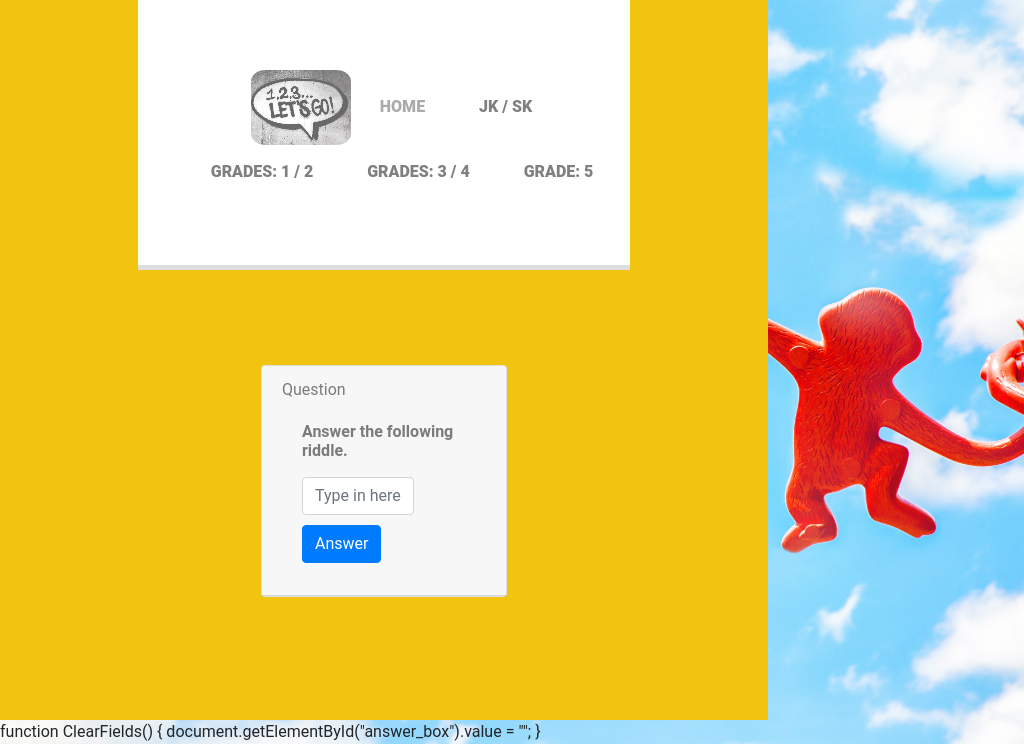
Repository: hanihassan1/Riddle-Game
Page: http://localhost/jk_sk
The author's editor kept a record of every edit. The page is drawn from the files as they stood at one moment, then again after the next edit.
The browser window is 1024 px wide. The pictures show the whole page.
Some web fonts or font styles are not loaded; a fallback is used. The page is served by the project's application, run on Flask 3 (run.py).

Above is the page before.

### templates/jk_sk.html
{% extends 'base.html' %}
{% block head %}
<script src="{{ url_for('static', filename='main.js')  }}"></script>

{% endblock %}
{% block content %}

<!--/*--------------------------------------------header/nav*/-->
<section id="nav_catog">
  <div class="container-fluid">
    <div class="row no-gutters">
      <div class="col-sm-1"></div>

      <div class="col-sm-10">
    <nav class="shift">
    <ul>
      <img id="logoOne" src="/static/images/logo.jpg ">
      <a href="{{url_for('index') }}" class="logo">
        <li><a href="https://9756ebca0b6a461ca3515f5d51d978ee.vfs.cloud9.us-east-1.amazonaws.com">Home</a></li>
        <li><a id="jk_sk" class="" onclick="req_question(this.id)">JK / SK </a></li>
        <li><a id="1-2" class="" onclick="req_question(this.id)">Grades: 1 / 2</a></li>
        <li><a id="3-4" class="" onclick="req_question(this.id)">Grades: 3 / 4</a></li>
        <li><a id="5" class="" onclick="req_question(this.id)">Grade: 5</a></li>
        <li><a id="leadershipId" class="hide" onclick="leadership(this.id)">Grade: 5</a></li>
    </ul>
  </nav>
  </div>

  <div class="col-sm-1"></div>
   </div>
  </div>

  <h2>{{user}}</h2>

<!--/*--------------------------------------------Question Card*/-->
  <div class="container-fluid">
    <div class="row card_row no-gutters">
      <div class="col-sm-4"></div>
      <div class="col-sm-4">
      <div class="card">
        <div class="card-header">
          Question

          <div class="card-body">
            <h6 class="card-title"><b>Answer the following riddle.</b></h6>
            <p class="riddleQ" id="riddle_place"></p>
            <input name="answer" type="text" class="form-control"  placeholder="Type in here." id="answer_box" required data-validation-required-message="Answer">
            <a href="#" class="btn btn-primary" id="answerId" onclick="getData();">Answer</a>
          </div>
        </div>
      </div>
      </div>
      <div class="col-sm-4"></div>
    </div>
  </div>


</section>

<!--/*--------------------------------------------Score modal*/-->
  <div class="modal fade" id="myModal" role="dialog">
    <div class="modal-dialog modal-sm">


      <div class="modal-content">
        <div class="modal-header">
          <button type="button" class="close" data-dismiss="modal">&times;</button>
          <h4 class="modal-title">Score Card</h4>
        </div>
        <div class="modal-body">
          <p id="wrong_answer"></p>
        </div>
        <div class="modal-footer">
          <button type="button" class="btn btn-default" id="u-scoreId" data-dismiss="modal" onclick="location.href = 'https://9756ebca0b6a461ca3515f5d51d978ee.vfs.cloud9.us-east-1.amazonaws.com/leadership';">Close</button>
        </div>
      </div>

    </div>
  </div>



        <div id="incorrect" class="hide">
                        <p id="result-icon" class="m-0">
                            <i class="fas fa-exclamation"></i>
                        </p>
                        <p id="guess-again">Try again!</p>

                    </div>

<!--/*--------------------------------------------script for api*/-->
<script type="text/javascript">
  function req_question(user_category) {
    $('ul').on('click', 'a', function() {
    $('#' + user_category).removeClass('active');
    $(this).addClass('active');
});

    var xhttp = new XMLHttpRequest();
    xhttp.open("GET", "{{url_for('get_question') }}" + "?category=" + user_category, true);
    xhttp.send();
    xhttp.onreadystatechange = function() {
      if (this.readyState == 4 && this.status == 200) {
        document.getElementById('riddle_place').innerHTML = this.response;
      }
    };



  }
var score = 0
  function getData() {
    var question = $("#riddle_place").text();
    var answers = $("#answer_box").val();
    var category = $(".active").attr("id");
    var que_ans = new XMLHttpRequest();

    que_ans.onreadystatechange = function() {
      if (que_ans.readyState === 4 && que_ans.status === 200) {
        if ((this.responseText).replace("\n", "") == "true") {
          score += 1;
          req_question(category);
        }
        else {
        $("#wrong_answer").text("Incorrect Answer, Your Score is : " + score);
        $("#myModal").modal();
        send_score();
      }
      }
    };

    que_ans.open("GET", "{{url_for('que_ans') }}" + "?question=" + question + "&answer=" + answers + "&category=" + category, true);
    que_ans.send();
  }

  function send_score(){
    var name = "{{user}}"
    var name_score = new XMLHttpRequest();

    name_score.onreadystatechange = function() {
      if (name_score.readyState === 4 && name_score.status === 200) {
        if ((this.responseText).replace("\n", "") == "true") {
          score += 1;
          send_score(score);
        }

  }
};




 name_score.open("GET", "{{url_for('user_score') }}" + "?name=" + name + "&score=" + score, true);
 name_score.send();
}


function fireit(){
var theone=Math.floor(Math.random()*6)

if (theone<=document.fire.bullets.value-1)
alert("Bang. You\'re dead!")
else{
document.fire.message.value="Whew. Got lucky!"
setTimeout("document.fire.message.value='Play Roulette'",500)
}
}


</script>
<!--/*--------------------------------------------end of content*/-->

function ClearFields() {

     document.getElementById("answer_box").value = "";

}

{% endblock %}

### templates/base.html
<!DOCTYPE html>
<html lang="en">

<head>
    <meta charset="UTF-8">
    <meta name="viewport" content="width=device-width, initial-scale=1.0">
    <meta http-equiv="X-UA-Compatible" content="ie=edge">
    <meta name="description" content="">
    <meta name="author" content="">

    <title>{{title}}</title>
    <link rel="stylesheet" href="https://stackpath.bootstrapcdn.com/bootstrap/4.3.1/css/bootstrap.min.css" integrity="sha384-ggOyR0iXCbMQv3Xipma34MD+dH/1fQ784/j6cY/iJTQUOhcWr7x9JvoRxT2MZw1T" crossorigin="anonymous">
    <script src="https://code.jquery.com/jquery-3.3.1.slim.min.js" integrity="sha384-q8i/X+965DzO0rT7abK41JStQIAqVgRVzpbzo5smXKp4YfRvH+8abtTE1Pi6jizo" crossorigin="anonymous"></script>
    <script src="https://cdnjs.cloudflare.com/ajax/libs/popper.js/1.14.7/umd/popper.min.js" integrity="sha384-UO2eT0CpHqdSJQ6hJty5KVphtPhzWj9WO1clHTMGa3JDZwrnQq4sF86dIHNDz0W1" crossorigin="anonymous"></script>
    <script src="https://stackpath.bootstrapcdn.com/bootstrap/4.3.1/js/bootstrap.min.js" integrity="sha384-JjSmVgyd0p3pXB1rRibZUAYoIIy6OrQ6VrjIEaFf/nJGzIxFDsf4x0xIM+B07jRM" crossorigin="anonymous"></script>
    <link href="{{ url_for('static', filename='css/style.css')  }}" rel="stylesheet" type="text/css">
    <link rel="stylesheet" href="https://cdnjs.cloudflare.com/ajax/libs/hover.css/2.3.1/css/hover.css" />
    {% block head %} {% endblock %}
</head>

<body>


        {% block content %} {% endblock %}





    <footer>
        <div class="container-fluid">
            <div class="row foot-edit">
                <div class="col-md-4"></div>
                <div class="col-md-4"><strong><a class="footer-name" href="{{url_for('index') }}">1,2,3...Lets Go!</a></strong></div>
                <div class="col-md-4"></div>
            </div>
        </div>
    </footer>

    <script src="{{ url_for('static', filename='main.js')  }}"></script>
</body>

</html>

### run.py
import os
from flask import Flask,render_template, request, flash, jsonify
import json
import random
import numpy



app = Flask(__name__)
app.secret_key = "its_secure"

@app.route('/', methods=["GET", "POST"])
def index():
     if request.method=="POST":
        print(request.form)
        file= open("user_info.txt", "a")
        file.write("Name:{},Age:{},Grade:{}\n"
                  .format(request.form['name'],request.form['age'],
                  request.form['grade']))
        file.close()
        flash(" Hello {}, Welcome! Let's get started. Choose a grade."
        .format(request.form['name']))
     return render_template("index.html", title = "Home Page")



@app.route('/jk_sk/', methods=["GET", "POST"])
def jk_sk_ans():
    args = request.args
    username = args['username']
    return render_template("jk_sk.html", user=username)


@app.route('/get_score/api/v1/', methods=["GET", "POST"])
def user_score():
    my_arg = request.args
    post_name = my_arg['name']
    post_score = my_arg['score']
    file_score = open("user_scores.txt", "a")
    file_score.write(post_name + "\n" + post_score + "\n")
    file_score.close()

    return jsonify("true")



@app.route('/checkans/api/v1/', methods=['GET'])
def que_ans():
    my_arg = request.args
    check_ques = my_arg['question']
    check_ans = my_arg['answer']
    check_category = my_arg['category']
    if check_category == "jk_sk":
        file_name = "data/jk_sk.json"
    if check_category == "1-2":
        file_name = "data/one_two.json"
    if check_category == "3-4":
        file_name = "data/three_four.json"
    if check_category == "5":
        file_name = "data/five.json"
    print(file_name, check_category)
    file = open(file_name, "r")
    file_data = file.read()
    file_data = json.loads(file_data)
    print(file_data)
    for items in file_data:
        if (items['question'].rstrip() == check_ques.rstrip().replace('"', '')):
            if items['answer'] == check_ans:
                return jsonify(True)
            else:
                return jsonify(False)

@app.route('/get_question/api/v1/', methods=['GET'])
def get_question():
    my_arg = request.args
    check_ans = my_arg['category']
    if check_ans == "jk_sk":
        file_name = "data/jk_sk.json"
    if check_ans == "1-2":
        file_name = "data/one_two.json"
    if check_ans == "3-4":
        file_name = "data/three_four.json"
    if check_ans == "5":
        file_name = "data/five.json"
    file = open(file_name, "r")
    all_questions = json.loads(file.read())
    random_number = random.randint(0, len(all_questions) - 1)
    ask_question = all_questions[random_number]["question"]
    return jsonify(ask_question)


@app.route('/leadership')
def leadership():
    file = open("user_scores.txt", "r")
    score_data = file.readlines()
    username = []
    score = []
    final_user_list = []
    file.close()
    for i in range(0, len(score_data)):
        if i % 2 == 0:
            username.append(score_data[i].replace('\n',''))
        else:
            score.append(int(score_data[i].replace('\n','')))
    score_index_before_sort = numpy.argsort(score)
    for index in score_index_before_sort:
        final_user_list.append(username[index])
    score = sorted(score)
    if len(score) > 10:
        score = score[-10:]
        final_user_list = final_user_list[-10:]
    return render_template("leadership.html", title = "Leadership Board Page", username =final_user_list , score = score)



@app.route('/jk_sk')
def jk_sk():
    return render_template("jk_sk.html", title = "Jk/Sk Page")


@app.route('/one_two')
def one_two():
    return render_template("one_two.html", title = "Grades: 1 / 2 Page")

@app.route('/three_four')
def three_four():
    return render_template("three_four.html", title = "Grades: 3 / 4 Page")

@app.route('/five')
def five():
    return render_template("five.html", title = "Grade: 5  Page")


@app.route('/check_answer/', methods=["GET"])
def check_answer():
    my_arg = request.args
    question = my_arg['question']
    answers = my_arg['answer']
    answer_return = ""
    with open("data/jk_sk.json", 'r') as file1:
        answer_file = json.load(file1)
    for answer in answer_file:
        print(answer)
        if answer['question'] == question:
            if answer['answer'] == answers:
                answer_return = "True"
            else:
                answer_return = "False"
    return jsonify({'result':answer_return})


if __name__ == '__main__':
    app.run(host=os.environ.get('IP'),
    port=int(os.environ.get('PORT')),
    debug=False)

### static/css/style.css
/*--------------------------------------------fonts*/
@import url('https://fonts.googleapis.com/css?family=Varela+Round:100,200,300,400,500,600,700|EXO:100,200,300,400,500,600,700');
@import url('https://fonts.googleapis.com/css?family=Cantarell:700i:100,200,300,400,500,600,700|EXO:100,200,300,400,500,600,700');
/*--------------------------------------------body & html styles*/
body {
    font-family: 'Varela Round', sans-serif;
    height: 100%;
    background-image: url(../images/park-troopers-RAtKWVlfdf4-unsplash.jpg);
    background-position: center;
    background-repeat: no-repeat;
    background-size: cover;
    font-family: 'Roboto', sans-serif;
    padding: 0;
    margin: 0;

}

.hide {
    display: none !important;
}


a {
    text-decoration: none !important;
}

html {
 scroll-behavior: smooth;
}


small {
  font-size: 12px;
  color: rgba(0, 0, 0, 0.4);
}

h1 {
  text-align: center;
  padding: 50px 0;
  font-weight: 800;
  margin: 0;
  letter-spacing: -1px;
  color: inherit;
  font-size: 40px;
}



h2 {
  text-align: center;
  font-size: 30px;
  margin: 0;
  font-weight: 300;
  color: inherit;
  padding: 50px;
}

.center {
  text-align: center;
}



section {
  height: 100vh;
}

/*--------------------------------------------index--form &logo*/
#logoOne  {
  border-radius: 15%;
  opacity: .6;
}

.game_name {
  text-align:center;
     padding-bottom: 25px;

}

.signin  {
  color:#007bff;

}


/*--------------------------------------------nav & Question card*/

@media only screen and (max-width: 480px) {
    body {
          max-width: 480px;
    }
    .card_row   {
          font-size:14px!important;
    }
}

.active {
  background-color:#F1C40F;
}


nav {
  width: 80%;
  margin: 0 auto;
  background: #fff;
  padding: 50px 0;
  box-shadow: 0px 5px 0px #dedede;
}

nav ul {
  list-style: none;
  text-align: center;
}
nav ul li {
  display: inline-block;
}
nav ul li a {
  display: block;
  padding: 15px;
  text-decoration: none;
  color: #aaa;
  font-weight: 800;
  text-transform: uppercase;
  margin: 0 10px;
}
nav ul li a,
nav ul li a:after,
nav ul li a:before {
  transition: all .5s;
}
nav ul li a:hover {
  color: #555;
}

nav.shift ul li a {
  position:relative;
  z-index: 1;
}
nav.shift ul li a:hover {
  color: #91640F;
}
nav.shift ul li a:after {
  display: block;
  position: absolute;
  top: 0;
  left: 0;
  bottom: 0;
  right: 0;
  margin: auto;
  width: 100%;
  height: 1px;
  content: '.';
  color: transparent;
  background: #F1C40F;
  visibility: none;
  opacity: 0;
  z-index: -1;
}
nav.shift ul li a:hover:after {
  opacity: 1;
  visibility: visible;
  height: 100%;
}

#nav_catog  {
  background: #f1c40f;
  color: rgba(0, 0, 0, 0.5);

}

#sendMessageButton1     {
    opacity: 9;
     background-color: #A9A9A9;
    border-radius: 10%;
    color: #484848;
}
.sect  {
      height: 96vh;

}
.form-edit  {
  padding-top:20px;

}


.form-control {

     width: 68%!important;

}
.btn {
 margin-top:10px;
}
.form-edit {
  height:75%;
   padding-top: 32px;

}


/*--------------------------------------------nav & Question card*/

@media only screen and (max-width: 1024px) {
    body {
          max-width: 768px;
    }
    .foot-edit {
          display: none
    }
}


.footer-name {
  text-align:center;
  padding-left:150px;
  font-size:25px;
  text-shadow: 2px 2px 30px #007bff;

}


.foot-edit  {
  border-top:1px solid blue;
  background: #F1C40F
}

/*--------------------------------------------Leadership page*/

.lead-head  {
  text-align:center;
  font-size:30px;
   color:#007bff;
   font-weight: 700;
   font-family: 'Varela Round', sans-serif;
    text-decoration: underline;
}

.lead-backg {
     height: 77vh;
}


.table {
  width: 500px;
  padding-right: 10%;
  font-size:20px;
}

.lead-homebt {
 font-size:30px;
 padding-bottom:50px;

 font-family: 'Varela Round', sans-serif;

}

.newgame {
   background-color: #16D540!important;
   color:white;
}
.fas  {
  color:orange!important;
  font-size:40px;
}
.fa-medal  {
  font-size:20px!important;
}

.winner  {
  color:#16D540;
}

### static/main.js
$("#incorrect").on("click", function() {
    // $(".prog-result").html("");
    $('#incorrect').trigger('focus')
    $("ul").html("");
    $("#progress").addClass("hide");
    totaLtime = 0;
});

function save_name(){
    username = $("#name").val();
    localStorage.setItem("username", username)
}


var inputs = $("form#contactForm input, form#contactForm textarea");

var validateInputs = function validateInputs(inputs) {
  var validForm = true;
  inputs.each(function(index) {
    var input = $(this);
    if (!input.val() || (input.type === "grade" && !input.is(':checked'))) {
      $("#sendMessageButton1").attr("disabled", "disabled");
      validForm = false;
    }
  });
  return validForm;
}


inputs.each(function() {
  var input = $(this);
  if (input.type === "grade") {
    input.change(function() {
      if (validateInputs(inputs)) {
        $("#sendMessageButton1").removeAttr("disabled");
      }
    });
  } else {
    input.keyup(function() {
      if (validateInputs(inputs)) {
        $("#sendMessageButton1").removeAttr("disabled");
      }
    });
  }
});





















// function req_data(answers) {
//   var xhttp = new XMLHttpRequest();
//   xhttp.onreadystatechange = function() {
//     if (this.readyState == 4 && this.status == 200) {
//       document.getElementById("answer").innerHTML = this.responseText;
//       myResponse = JSON.parse(this.responseText);
//         if ((myResponse.results) == True) {
//     }
//     else {
//       return false
//     }
//   };
//   xhttp.open("GET", "{{url_for('get_question') }}" + "?question=" + "answers" + answers  , true);
//   xhttp.send();
// }
// }


// $("#answerId").on("click", function() {

//     req_data($("#answer_box").val());

// });

After the next edit:
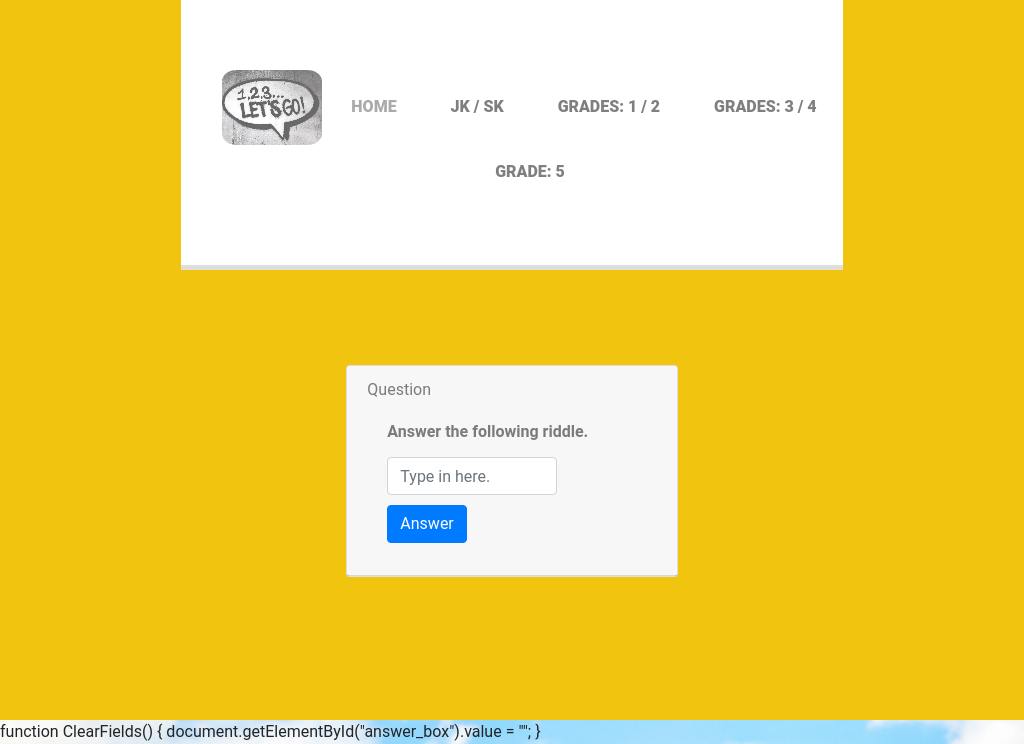
The edit:
--- a/static/css/style.css
+++ b/static/css/style.css
@@ -203,7 +203,7 @@
 
 @media only screen and (max-width: 1024px) {
     body {
-          max-width: 768px;
+          max-width: 10248px;
     }
     .foot-edit {
           display: none
